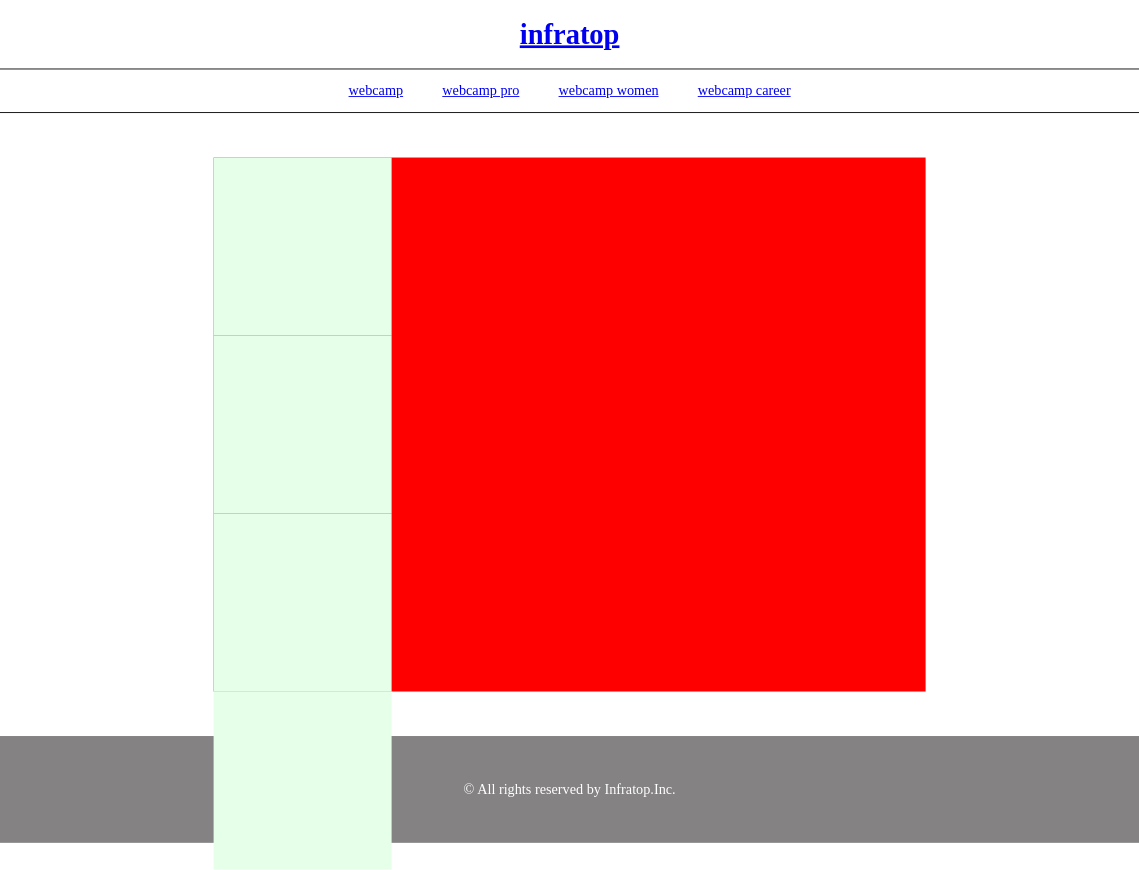
Repository: CarAll02/git-practice
Page: chapter5_exercise/index.html
The author's editor kept a record of every edit. The page is drawn from the files as they stood at one moment, then again after the next edit.
The browser window is 1280 px wide. The pictures show the whole page, at 89% of full size.

Above is the page before.

### chapter5_exercise/index.html
<!DOCTYPE html>
<html lang="ja">
  <head>
    <meta charset="UTF-8"/>
    <link rel="stylesheet" href="style.css"/>
    <title>chapter5_exercise</title>
  </head>

  <body>
    <!--header-->
    <header>
      <h1 class="heading">
        <a href="index.html">
          infratop
        </a>
      </h1>
    </header>

    <!--navigation-->
    <nav>
      <ul class="nav-list">
        <li class="nav-list-item">
          <a href="index.html">webcamp</a>
        </li>
        <li class="nav-list-item">
          <a href="index.html">webcamp pro</a>
        </li>
        <li class="nav-list-item">
          <a href="index.html">webcamp women</a>
        </li>
        <li class="nav-list-item">
          <a href="index.html">webcamp career</a>
        </li>
      </ul>
    </nav>

    <!--main用のdiv-->
    <div class="main">
      <div class="box">
        <div class="green1"></div>
        <div class="green2"></div>
        <div class="green3"></div>
        <div class="green4"></div>
        <div class="yellow1"></div>
        <div class="yellow2"></div>
        <div class="yellow3"></div>
        <div class="yellow4"></div>
        <div class="blue1"></div>
        <div class="blue2"></div>
        <div class="blue3"></div>
        <div class="blue4"></div>
      </div>
    </div>

    <!--footer-->
    <footer>
      <p class="footer-text">© All rights reserved by Infratop.Inc.</p>
    </footer>
  </body>
</html>

### chapter5_exercise/style.css
/*ブラウザがそれぞれ持っているCSSをリセットするための記述*/
* {
  margin:0;
  padding:0;
  box-sizing:border-box;
}

header{
  width:90%;
  padding:20px 0;
  margin:0 auto;
  text-align: center;
}

.nav-list{
  text-align: center;
  padding:15px 0;
  margin:0 auto;
  border:solid black;
  border-top-width: 1px;
  border-bottom-width: 1px;
  border-left-width:0px;
  border-right-width: 0px;
}

.nav-list-item{
  list-style: none;
  display: inline-block;
  margin:0 20px;
}

.main{
  width: 100%;
  height: 700px;
  display:flex;/*Flexboxの利用*/
  justify-content:center;/*子要素の横並び・中央寄せ*/
  padding:50px 0;
  margin:0 auto;/*中央寄せ（左右に余白が無いと出来ない)*/
}

.box{
  width: 800px;
  height: 600px;
  background-color: red;
}

.green1{
  width:200px;
  height: 200px;
  background-color: #e6ffe9;
}

.green2{
  width:200px;
  height: 200px;
  background-color: #e6ffe9;
}

.green3{
  width:200px;
  height: 200px;
  background-color: #e6ffe9;
}

.green4{
  width:200px;
  height: 200px;
  background-color: #e6ffe9;
}

footer{
  width:100%;
  height:120px;
  text-align: center;
  line-height: 120px;
  background-color: #848282;
}

.footer-text{
  color:#fff;
}

After the next edit:
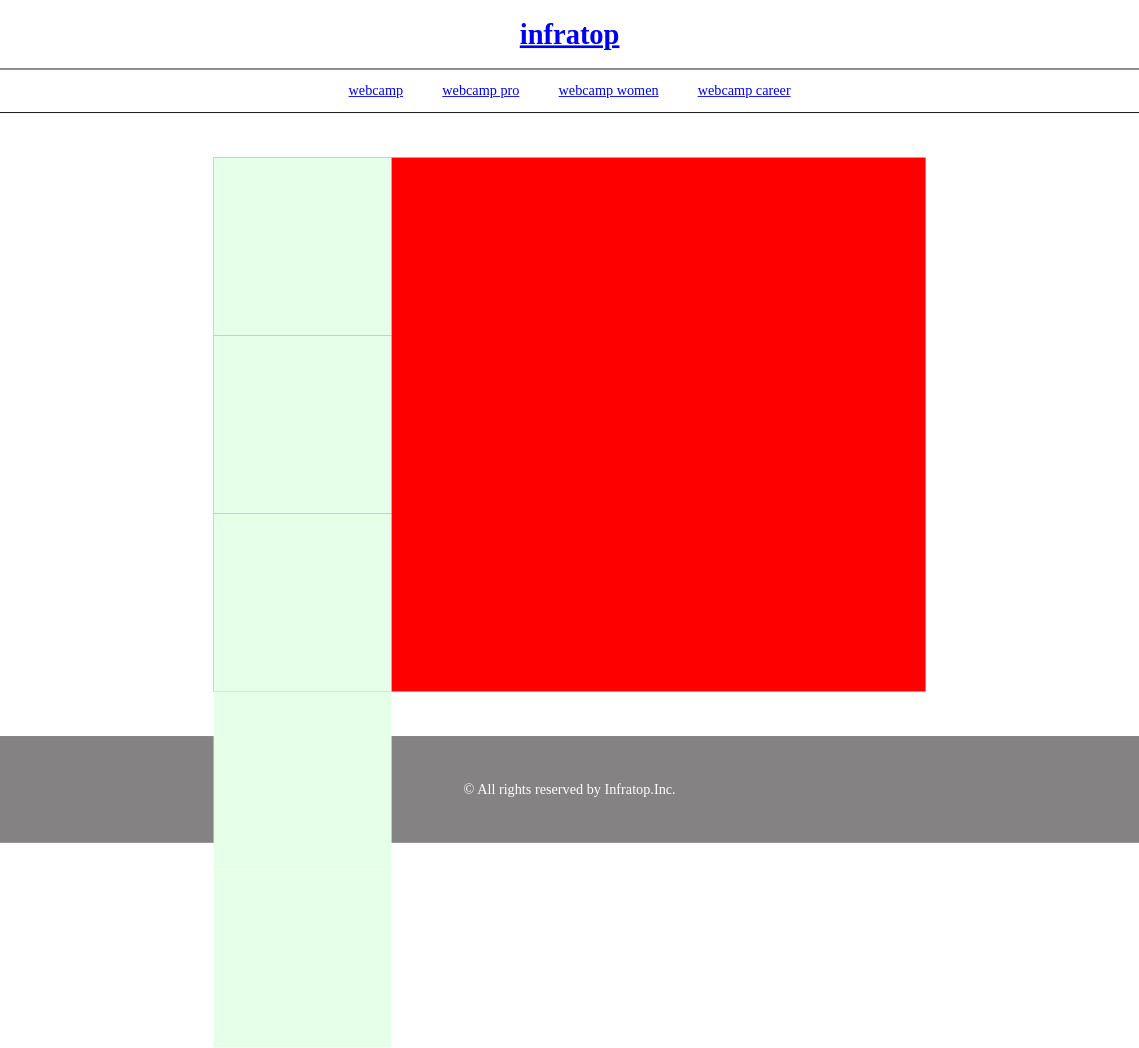
The edit:
--- a/chapter5_exercise/style.css
+++ b/chapter5_exercise/style.css
@@ -68,6 +68,12 @@
   background-color: #e6ffe9;
 }
 
+.yellow1{
+  width:200px;
+  height: 200px;
+  background-color: #e6ffe9;
+}
+
 footer{
   width:100%;
   height:120px;
